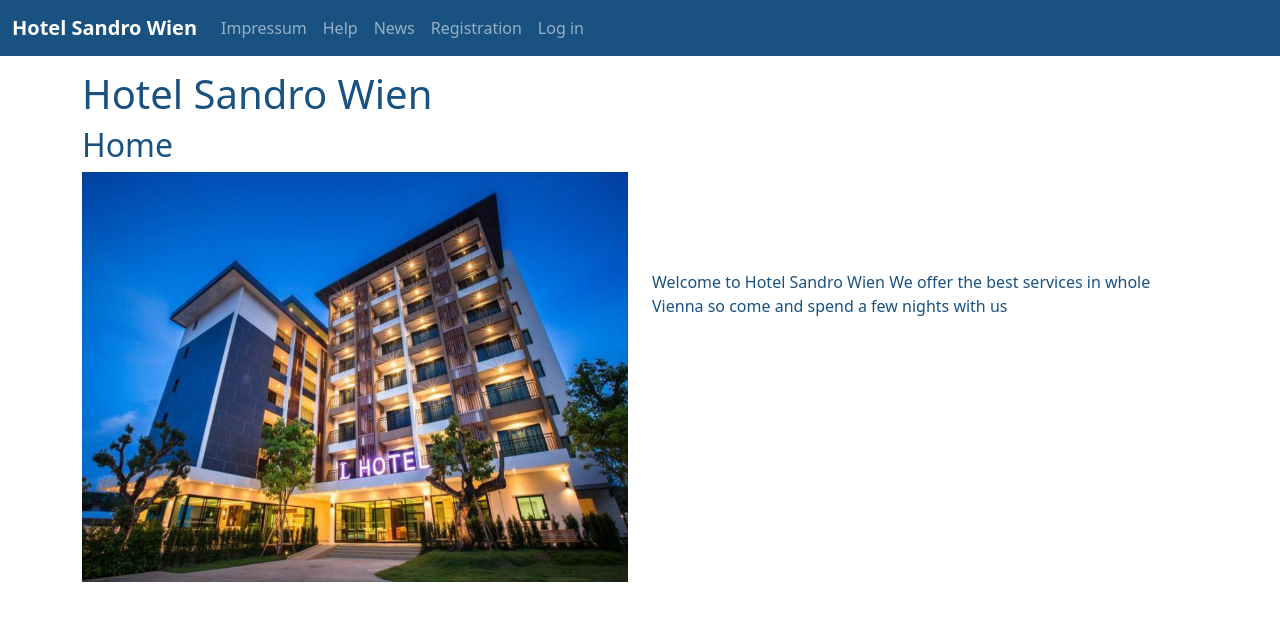
Repository: TIS0N/Hotel_Sandro
Page: http://localhost/
An editor plug-in stored every save of this project. The page is shown before and after the next save, followed by the edit.
The browser window is 1280 px wide. The pictures show the whole page.
The page is run by PHP 8.4 with error messages shown; the project is at /var/www/html/.

Above is the page before, as saved 2023-01-15 22:01:52.

After the next save:
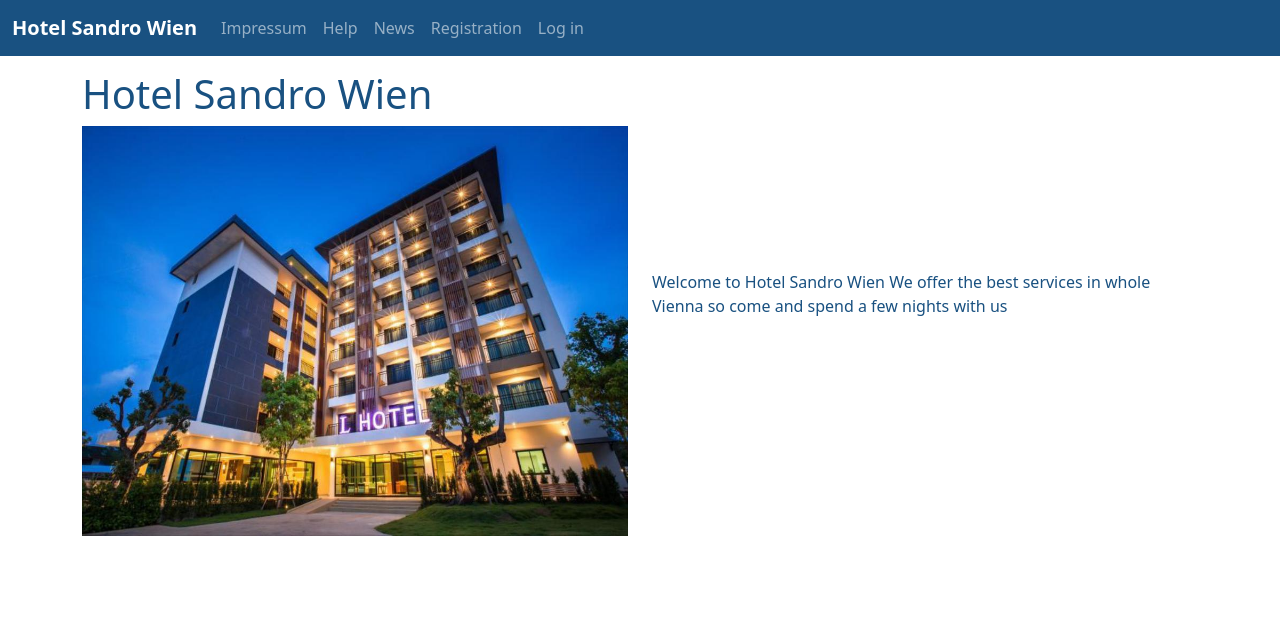
Saved 15 s later.
--- a/index.php
+++ b/index.php
@@ -23,7 +23,6 @@ session_start();
         <div class="row align-items-starts">
             <div class="col">
                 <h1>Hotel Sandro Wien</h1>
-                <h2>Home</h2>
                 <img src="./res/img/hotel.jpg" id="hotelSandroPhoto" alt="Photo of Hotel Sandro Wien">
             </div>
             <div class="col" id="welcomeText" style="padding-top: 200px;">
